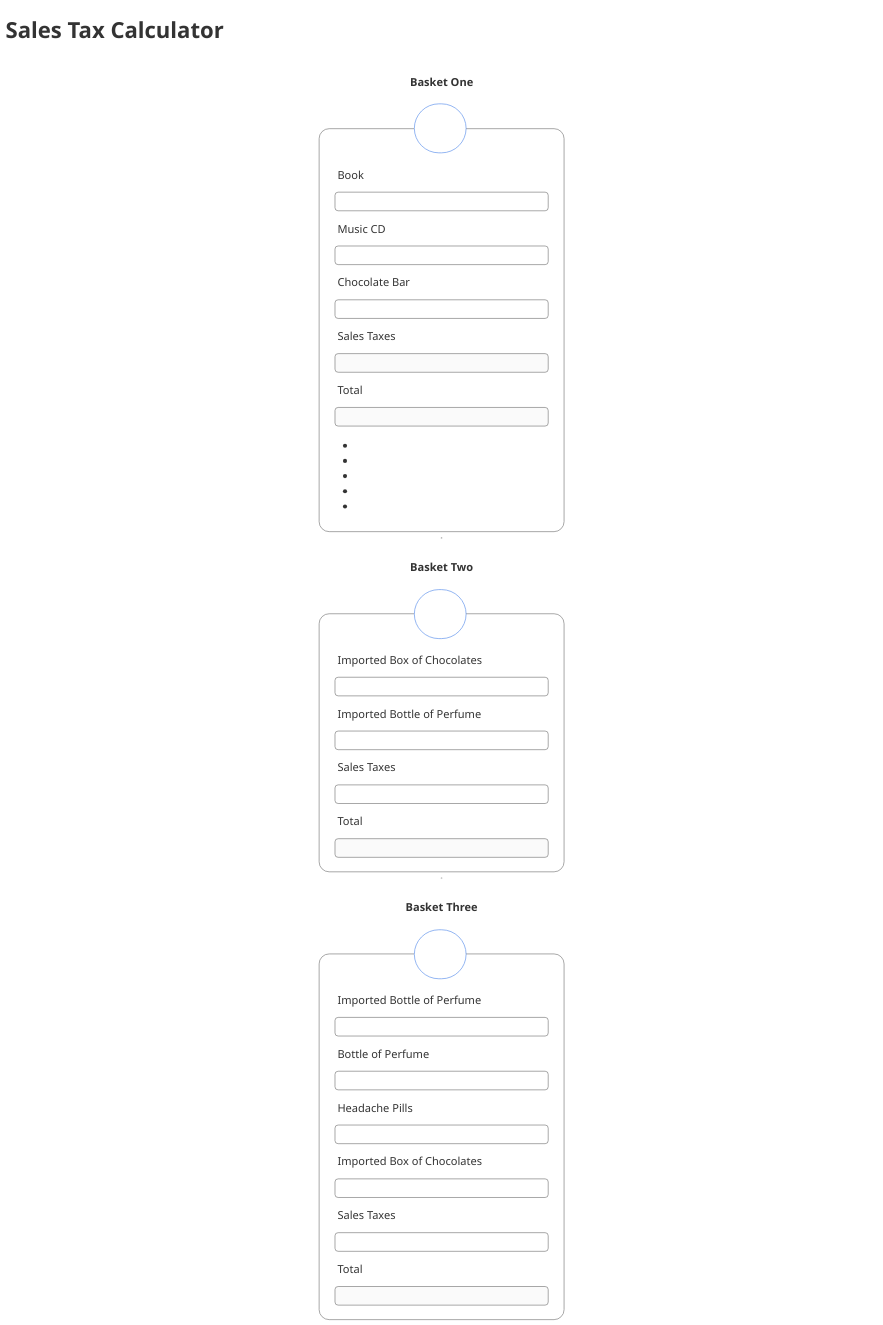
Repository: duzzisantos/sales-tax
Page: index.html
The author's editor kept a copy of each file at every save. The page is drawn from the files as they stood at one save, then again after the next save.
The browser window is 1280 px wide. The pictures show the whole page, at 69% of full size.

Above is the page before, as saved 2022-05-25 21:41:10.

### index.html
<!DOCTYPE html>
<html lang="en">

<head>
    <meta charset="UTF-8">
    <meta http-equiv="X-UA-Compatible" content="IE=edge">
    <meta name="viewport" content="width=device-width, initial-scale=1.0">
    <link href="style.css" rel="stylesheet">
    <title>Sales Tax Calculator</title>
</head>

<body>
    <h1>Sales Tax Calculator</h1>
    <section id="container">
        <h4>Basket One</h4>
        <fieldset>
            <legend>

            </legend>
            <label for="book">Book</label>
            <input id="book" type="number" name="book" onchange="basketOne()" />
            <label for="musicCD">Music CD</label>
            <input id="musicCD" type="number" name="musicCD" onchange="basketOne()" />
            <label for="chocolateBar">Chocolate Bar</label>
            <input id="chocolateBar" type="number" name="chocolateBar" onchange="basketOne()" />
            <label for="sales-taxes">Sales Taxes</label>
            <input id="sales-taxes" type="number" name="sales-taxes" onchange="basketOne()" disabled />
            <label for="total">Total</label>
            <input id="total" type="number" name="total" onchange="basketOne()" disabled />
            <ul class="listOne">
                <li></li>
                <li></li>
                <li></li>
                <li></li>
                <li></li>
            </ul>
        </fieldset>
        <hr>
        <h4>Basket Two</h4>
        <fieldset>
            <legend>

            </legend>
            <label for="imported-box-chocolate">Imported Box of Chocolates</label>
            <input id="imported-box-chocolate" type="number" name="imported-box-chocolate" onchange="basketTwo()" />
            <label for="imported-perfume">Imported Bottle of Perfume</label>
            <input id="imported-perfume" type="number" name="imported-perfume" onchange="basketTwo()" />

            <label for="sales-taxes2">Sales Taxes</label>
            <input id="sales-taxes2" type="number" name="sales-taxes2" onchange="basketTwo()" />
            <label for="total">Total</label>
            <input disabled id="total2" type="number" name="total2" onchange="basketTwo()" />
        </fieldset>
        <hr>
        <h4>Basket Three</h4>
        <fieldset>
            <legend>

            </legend>
            <label for="imported-perfume2">Imported Bottle of Perfume</label>
            <input id="imported-perfume2" type="number" name="imported-perfume2" onchange="basketThree()" />
            <label for="bottle-perfume">Bottle of Perfume</label>
            <input id="bottle-perfume" type="number" name="bottle-perfume" onchange="basketThree()" />
            <label for="pills">Headache Pills</label>
            <input id="pills" type="number" name="pills" onchange="basketThree()" />
            <label for="imported-box-chocolate2">Imported Box of Chocolates</label>
            <input id="imported-box-chocolate2" type="number" name="imported-box-chocolate2" onchange="basketThree()" />
            <label for=" sales-taxes3">Sales Taxes</label>
            <input id="sales-taxes3" type="number" name="sales-taxes3" onchange="basketThree()" />
            <label for="total3">Total</label>
            <input disabled id="total3" type="number" name="total3" onchange="basketThree()" />
        </fieldset>
    </section>
</body>
<script src="first.js"></script>
<script src="second.js"></script>
<script src="third.js"></script>

</html>

### style.css
*{
    color: rgb(0,0,0,0.8);
    font-family: 'Segoe UI', Tahoma, Geneva, Verdana, sans-serif;
}

#container{
    display: flex;
    flex-direction: column;
    align-items: center;
    justify-content: center;
    bottom: 0;
}

fieldset{
    height: fit-content;
    width: 20%;
    border: 1px solid grey;
    border-radius: 15px;
}

legend{
    height: 70px;
    width: 70px;
    border: 1px solid cornflowerblue;
    border-radius: 50px;
    margin-left: 38%;
}

label, input{
    display: block;
    margin: 10px;
    padding: 4px;
}

input{
    width: 300px;
    border-radius: 5px;
    border: 1px solid grey;
}

### first.js
//Variables for tax rate
let taxFree = 0;
let basicTax = 10;
let importDuty = 5;

//imported basic taxable items attract an extra non-negotiable tax rate of 5%, therefore 10% + 5% = 15%
let basicPlusImportDuty = basicTax + importDuty;

//An app that computes the first basket of goods
const basketOne = () => {
  let book = document.getElementById("book").value;
  let musicCD = document.getElementById("musicCD").value;
  let chocolateBar = document.getElementById("chocolateBar").value;

  // The plus sign is used in front of every variable to indicate to JavaScript that they are numerical values
  // Without this, they would become concatenated strings

  //these are the sums of the items and their taxes
  let bookPlusTax = +taxFree * +book + +book;
  let musicCDPlusTax = (basicTax * +musicCD) / 100 + +musicCD;
  let chocolateBarPlusTax = +taxFree * +chocolateBar + +chocolateBar;

  //this computes the total price paid by the customer
  let netPayment = +bookPlusTax + +musicCDPlusTax + +chocolateBarPlusTax;
  document.getElementById("total").value = netPayment.toFixed(2);

  //this computes the total sales tax generated
  let totalTaxes =
    bookPlusTax -
    book +
    (musicCDPlusTax - musicCD) +
    (chocolateBarPlusTax - chocolateBar);

  //Math.ceil and toFixed method helps us round up to the nearest 0.05
  document.getElementById("sales-taxes").value = (
    Math.ceil(totalTaxes * 20) / 20
  ).toFixed(2);
};

### second.js
//Variables for tax rate
let basicTax2 = 10;
let importDuty2 = 5;

//imported basic taxable items attract an extra non-negotiable tax rate of 5%, therefore 10% + 5% = 15%
let basicPlusImportDuty2 = basicTax2 + importDuty2;

//An app that computes the second basket of goods
const basketTwo = () => {
  let importedChocolate = document.getElementById(
    "imported-box-chocolate"
  ).value;
  let importedPerfume2 = document.getElementById("imported-perfume").value;

  // The plus sign is used in front of every variable to indicate to JavaScript that they are numerical values
  // Without this, they would become concatenated strings

  //these are the sums of the imported items and their taxes
  let importedChocolatePlusTax =
    (importDuty2 * +importedChocolate) / 100 + +importedChocolate;
  let importedPerfume2PlusTax =
    (basicPlusImportDuty2 * +importedPerfume2) / 100 + +importedPerfume2;

  //Math.ceil and toFixed method helps us round up to the nearest 0.05
  //this computes the total price paid by the customer
  let netPayment = +importedChocolatePlusTax + +importedPerfume2PlusTax;
  document.getElementById("total2").value = (
    Math.ceil(netPayment * 20) / 20
  ).toFixed(2);

  //this computes the total sales tax generated
  let totalTaxes =
    (importDuty2 * +importedChocolate) / 100 +
    (basicPlusImportDuty2 * +importedPerfume2) / 100;
  document.getElementById("sales-taxes2").value = (
    Math.ceil(totalTaxes * 20) / 20
  ).toFixed(2);
};

### third.js
//Variables for tax rate
let taxFree3 = 0;
let basicTax3 = 10;
let importDuty3 = 5;
let basicPlusImportDuty3 = basicTax3 + importDuty3;


//App that computes the third basket of goods
const basketThree = () => {
    let importedPerfume2 = document.getElementById("imported-perfume2").value;
    let bottlePerfume = document.getElementById("bottle-perfume").value;
    let pills = document.getElementById("pills").value;
    let importedChocolate2 = document.getElementById("imported-box-chocolate2").value;


    //    // The plus sign is used in front of every variable to indicate to JavaScript that they are numerical values
     // Without this, they would become concatenated strings

    //these are the sums of the imported items and their taxes
    let importedPerfume2PlusTax = (basicPlusImportDuty3 * +importedPerfume2) / 100 + +importedPerfume2;
    let bottlePerfumePlusTax =
      (basicTax3 * +bottlePerfume) / 100 + +bottlePerfume;
    let pillsPlusTax = (taxFree3 * +pills) + +pills;
    let importedChocolate2PlusTax =
      (importDuty3 * +importedChocolate2) / 100 + +importedChocolate2;

    //Math.ceil and toFixed method helps us round up to the nearest 0.05
    //This computes the prices plus their taxes
    let netPayment =
      importedPerfume2PlusTax +
      bottlePerfumePlusTax +
      pillsPlusTax +
      importedChocolate2PlusTax;
    document.getElementById("total3").value = (Math.ceil(netPayment * 20) / 20).toFixed(2);

    //this computes the total taxes generated from selling basket three
    let totalTaxes =
      importedPerfume2PlusTax -
      importedPerfume2 +
      (bottlePerfumePlusTax - bottlePerfume) +
      (pillsPlusTax - pills) +
      (importedChocolate2PlusTax - importedChocolate2);

    document.getElementById("sales-taxes3").value = (
        Math.ceil(totalTaxes * 20) / 20
      ).toFixed(2);
  };

After the next save:
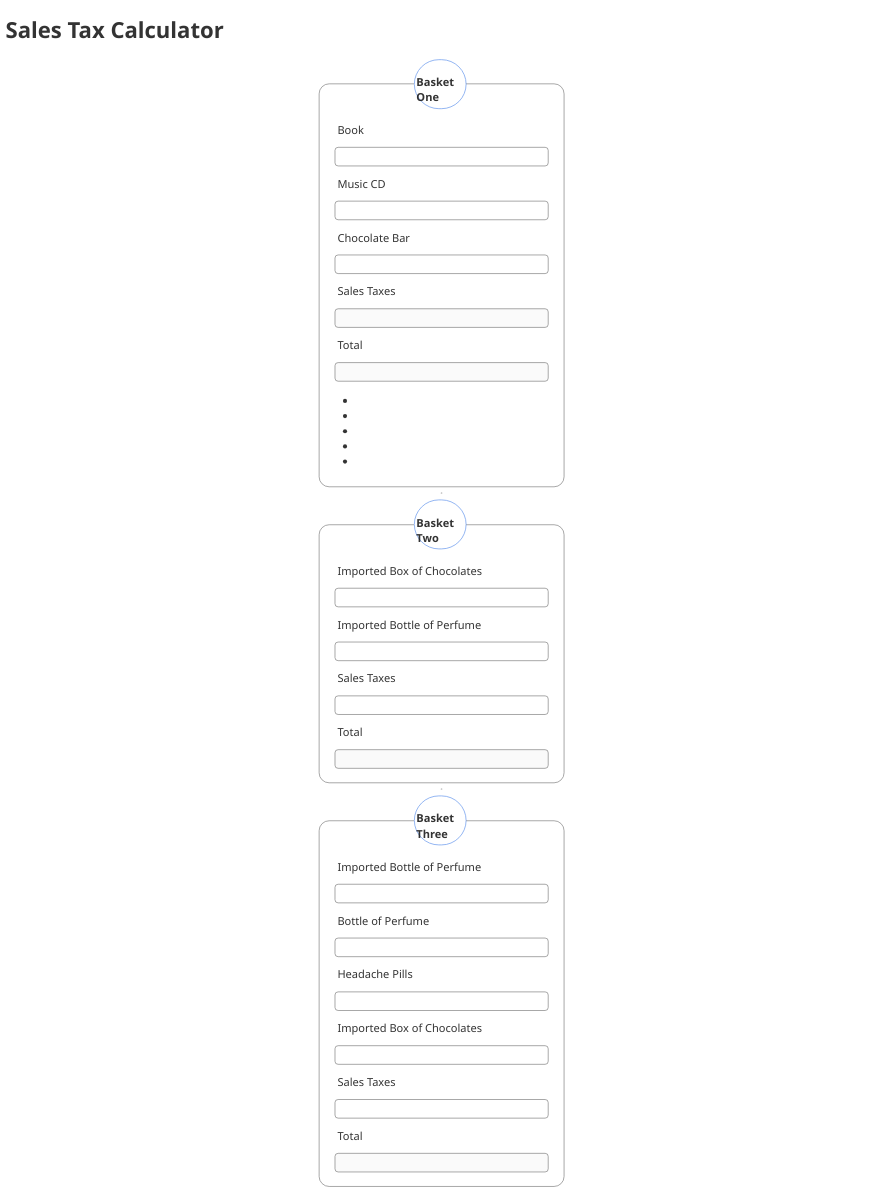
Saved 47 s later.
--- a/index.html
+++ b/index.html
@@ -12,10 +12,9 @@
 <body>
     <h1>Sales Tax Calculator</h1>
     <section id="container">
-        <h4>Basket One</h4>
         <fieldset>
             <legend>
-
+                <h4>Basket One</h4>
             </legend>
             <label for="book">Book</label>
             <input id="book" type="number" name="book" onchange="basketOne()" />
@@ -36,10 +35,10 @@
             </ul>
         </fieldset>
         <hr>
-        <h4>Basket Two</h4>
+
         <fieldset>
             <legend>
-
+                <h4>Basket Two</h4>
             </legend>
             <label for="imported-box-chocolate">Imported Box of Chocolates</label>
             <input id="imported-box-chocolate" type="number" name="imported-box-chocolate" onchange="basketTwo()" />
@@ -52,10 +51,10 @@
             <input disabled id="total2" type="number" name="total2" onchange="basketTwo()" />
         </fieldset>
         <hr>
-        <h4>Basket Three</h4>
+
         <fieldset>
             <legend>
-
+                <h4>Basket Three</h4>
             </legend>
             <label for="imported-perfume2">Imported Bottle of Perfume</label>
             <input id="imported-perfume2" type="number" name="imported-perfume2" onchange="basketThree()" />
